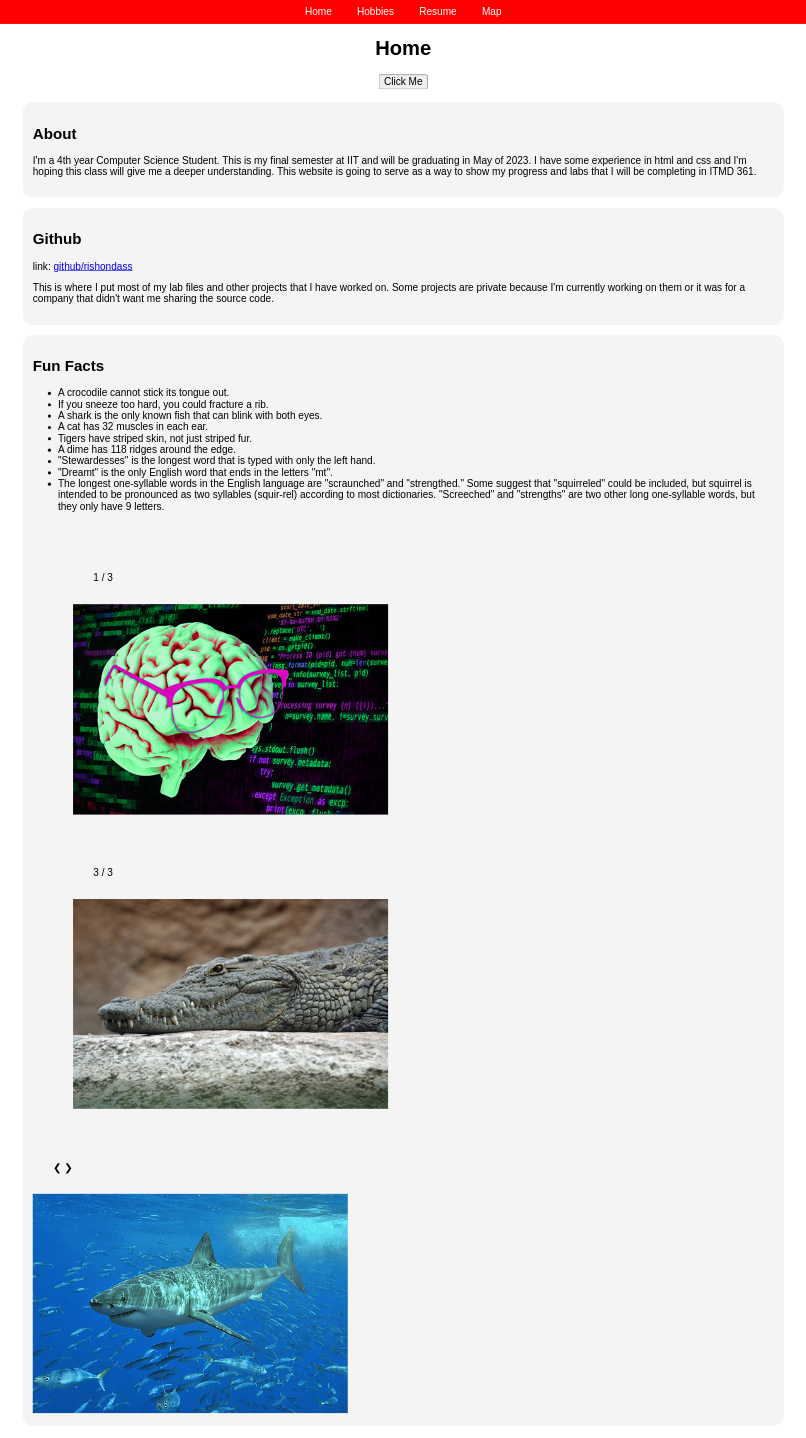
Repository: rishondass/ITMD361-Project3
Page: index.html
These files come from the project's save history. The page is drawn as it stood at one moment and after a run of saves; the edit follows.
The browser window is 1280 px wide. The pictures show the whole page, at 63% of full size.

Above is the page before, as saved 2023-04-28 18:19:12.

After the next 2 saves:
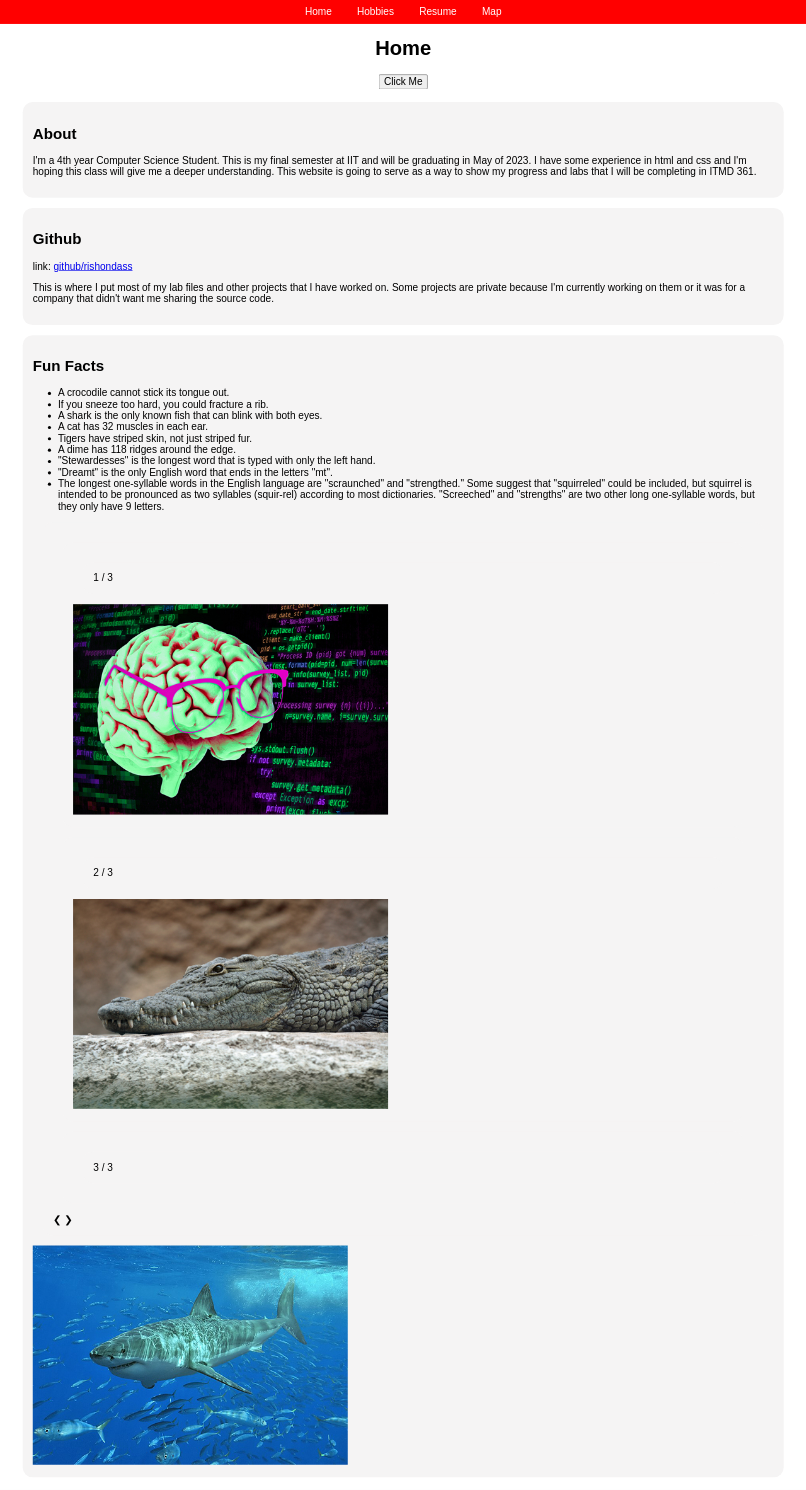
The 2 saves are shown as one change because they came seconds apart.
The last was saved 7 s later.
--- a/index.html
+++ b/index.html
@@ -94,12 +94,12 @@
         </div>
 
         <div class="slideshow-container">
-          <div class="numbertext">3 / 3</div>
+          <div class="numbertext">2 / 3</div>
           <img src="images/nile_crocodile_head.jpg" alt="image_of_crocodile">
         </div>
 
         <div>
-
+          <div class="numbertext">3 / 3</div>
         </div>
         <a class="prev" onclick="plusSlides(-1)">&#10094;</a>
         <a class="next" onclick="plusSlides(1)">&#10095;</a>
